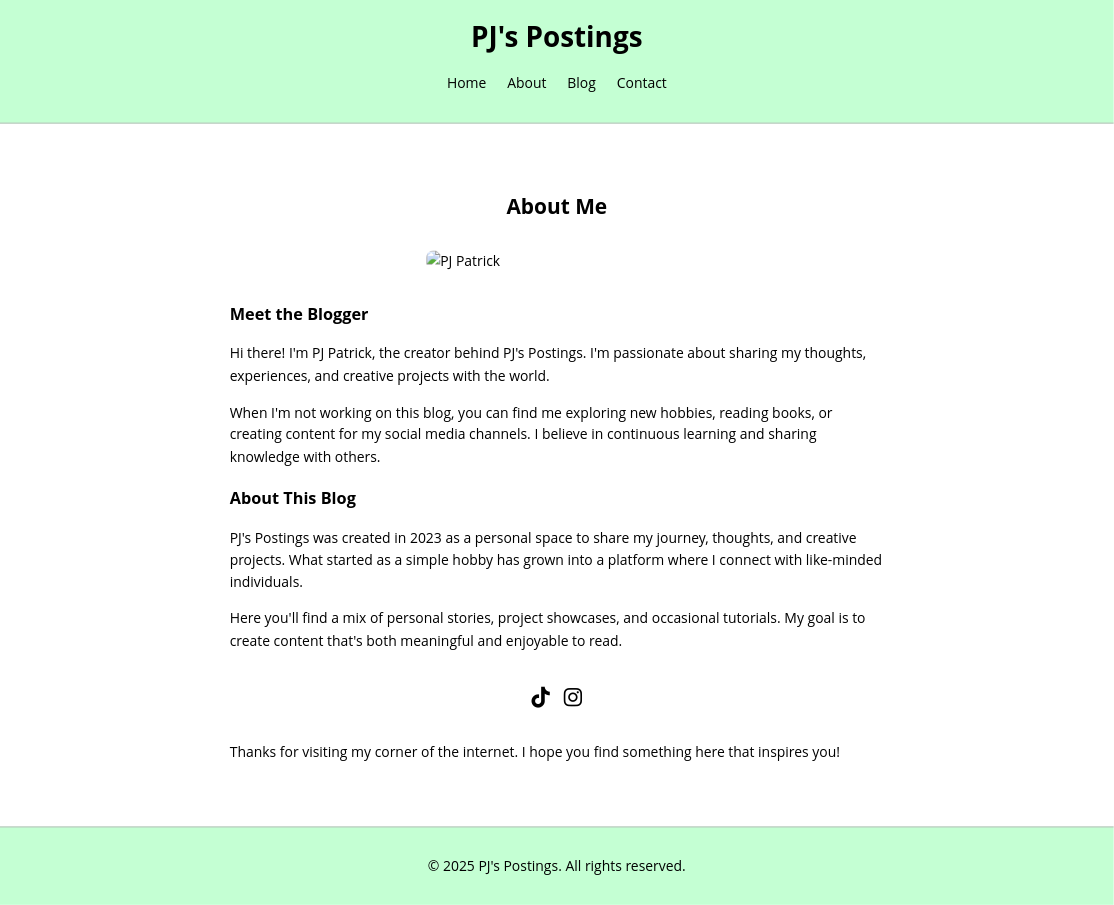
Repository: pjpatrick071/pjpatrick071.github.io
Page: about.html
These files come from the project's save history. The page is drawn as it stood at one moment and after the next save; the edit follows.
The browser window is 1280 px wide. The pictures show the whole page, at 87% of full size.

Above is the page before, as saved 2025-04-02 22:28:04.
Not found: your-profile-image.jpg

After the next save:
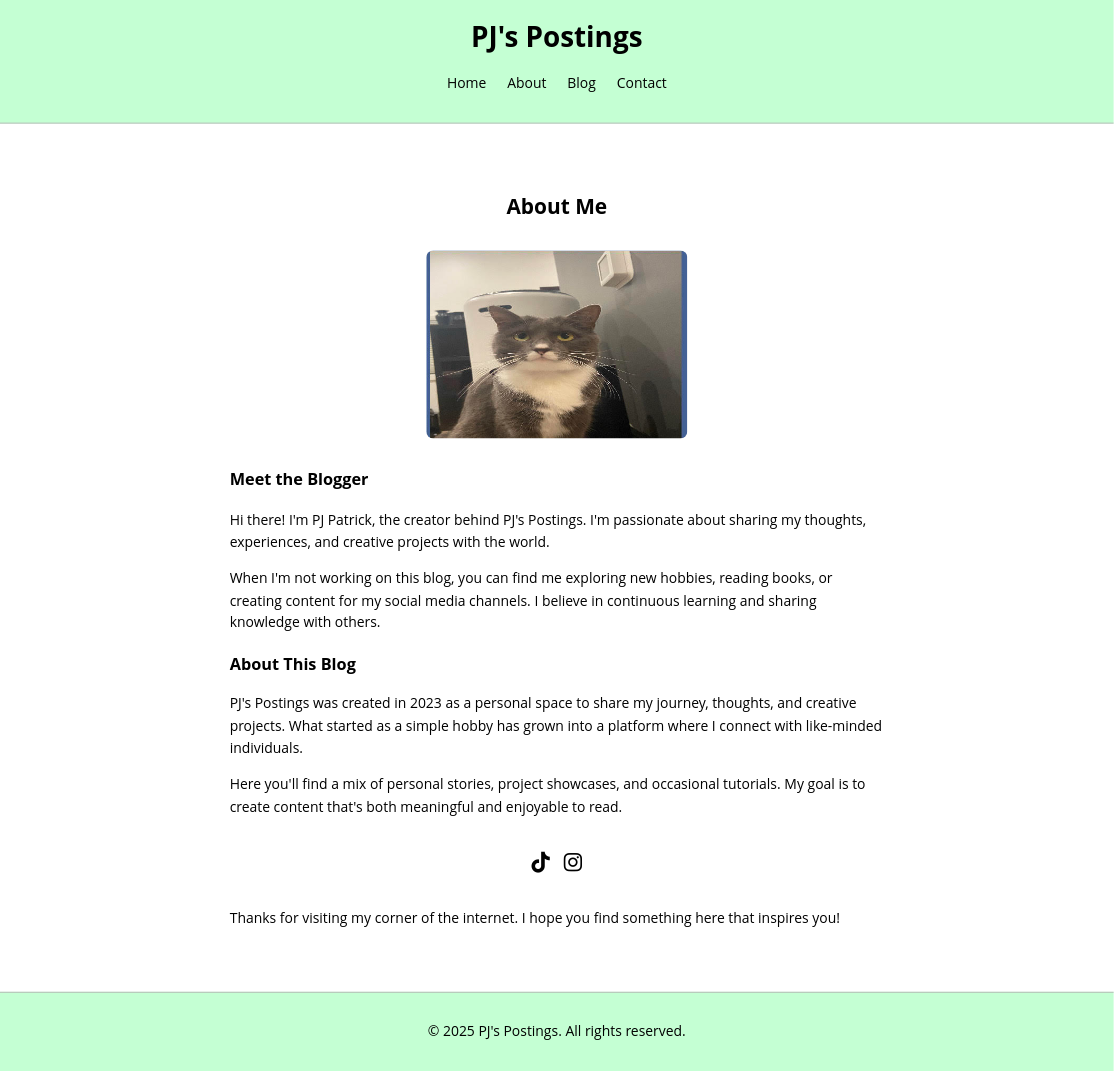
Saved 5 min 0 s later.
--- a/about.html
+++ b/about.html
@@ -141,7 +141,7 @@
         <section class="about-content">
             <h2 class="about-title">About Me</h2>
 
-            <img src="your-profile-image.jpg" alt="PJ Patrick" class="profile-img">
+            <img src="peep.png" alt="PJ Patrick" class="profile-img">
 
             <h3>Meet the Blogger</h3>
             <p>Hi there! I'm PJ Patrick, the creator behind PJ's Postings. I'm passionate about sharing my thoughts, experiences, and creative projects with the world.</p>
